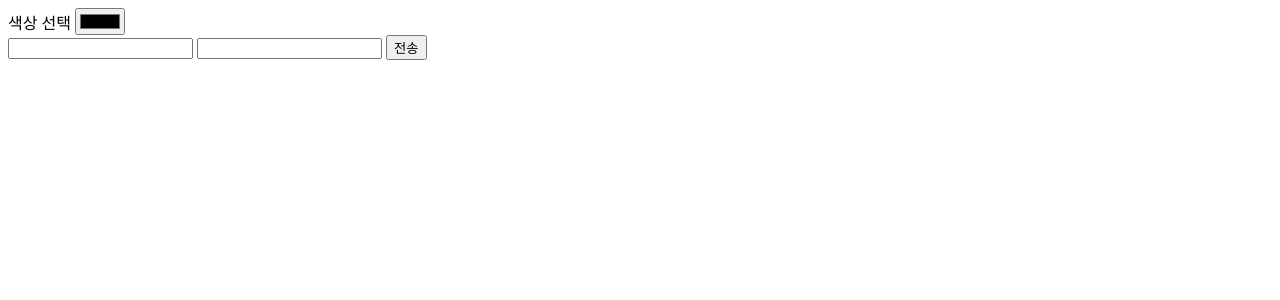
Repository: anhyunji494/JSP
Page: Servlet/src/main/webapp/WEB-INF/ex05Bgcolor.html
These files come from the project's save history. The page is drawn as it stood at one moment and after the next save; the edit follows.
The browser window is 1280 px wide. The pictures show the whole page.

Above is the page before, as saved 2024-02-27 01:24:54.

### Servlet/src/main/webapp/WEB-INF/ex05Bgcolor.html
<!DOCTYPE html>
<html>
<head>
<meta charset="EUC-KR">
<title>Insert title here</title>
</head>
<body>
	<form action = "Ex06BgColor">
		색상 선택
		<input type = "color" name = "color">
		<br>
		<input type = "number" name = "fddn">
		<input type = "number" name = "ldan">
		<input type = "submit" value = "전송">
	</form>
</body>
</html>

After the next save:
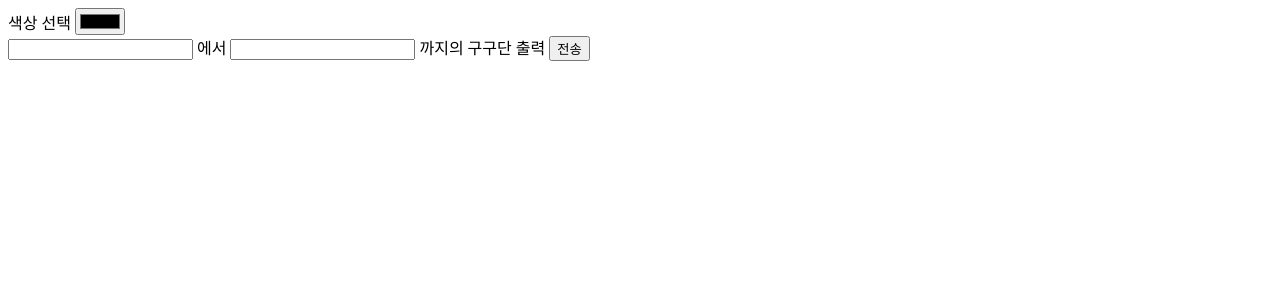
Saved 9 s later.
--- a/Servlet/src/main/webapp/WEB-INF/ex05Bgcolor.html
+++ b/Servlet/src/main/webapp/WEB-INF/ex05Bgcolor.html
@@ -9,8 +9,8 @@
 		색상 선택
 		<input type = "color" name = "color">
 		<br>
-		<input type = "number" name = "fddn">
-		<input type = "number" name = "ldan">
+		<input type = "number" name = "fddn"> 에서
+		<input type = "number" name = "ldan"> 까지의 구구단 출력
 		<input type = "submit" value = "전송">
 	</form>
 </body>
